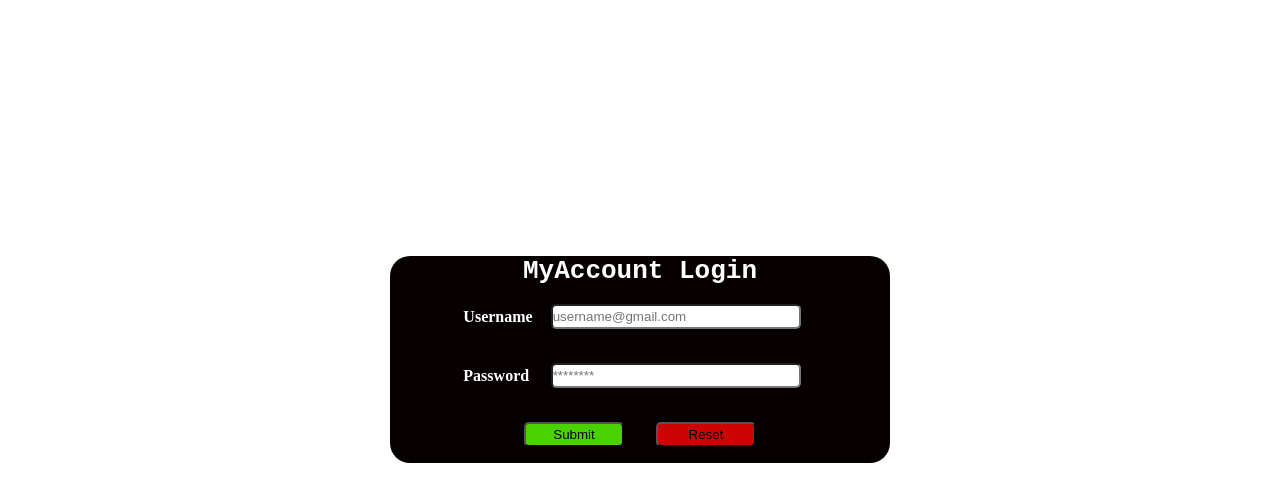
Repository: Nanda-Hari-Reddy/YouTube-Clone
Page: MDB-Free_4.20.0/SERVELETS/Demo/src/main/webapp/Login.html
These files come from the project's save history. The page is drawn as it stood at one moment and after the next save; the edit follows.
The browser window is 1280 px wide. The pictures show the whole page.

Above is the page before, as saved 2023-11-01 19:56:40.

After the next save:
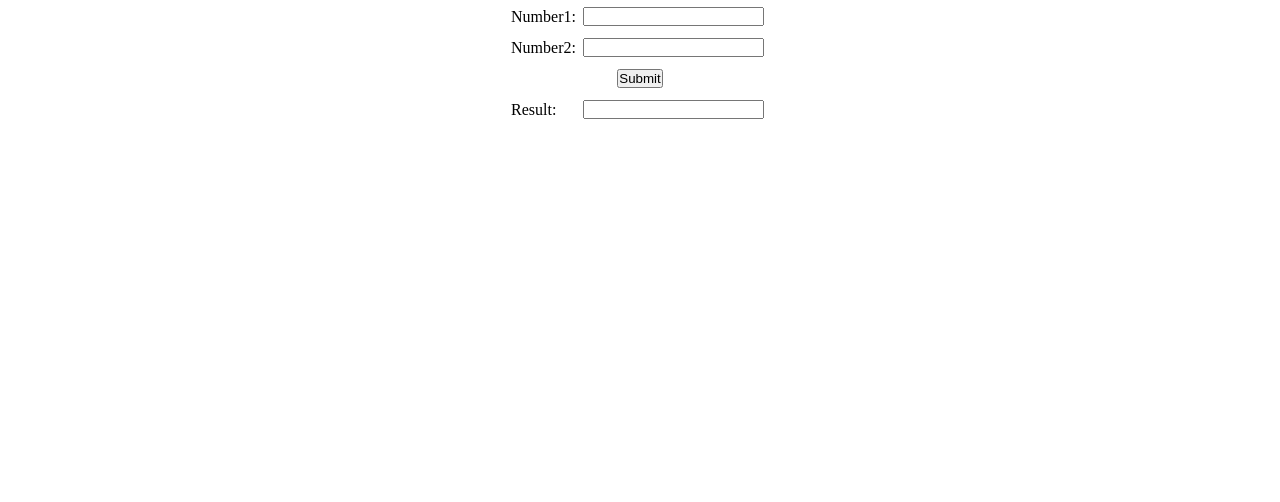
Saved 15 s later.
--- a/MDB-Free_4.20.0/SERVELETS/Demo/src/main/webapp/Login.html
+++ b/MDB-Free_4.20.0/SERVELETS/Demo/src/main/webapp/Login.html
@@ -1,83 +1,46 @@
-<!DOCTYPE html>
 <html>
 <head>
-<meta charset="ISO-8859-1">
-<title>MyAccount</title>
-    <style>
-       *
+	<style>
+		*
+		{
+			margin: 0px;
+			box-sizing: border-box;
+			padding: 0px;
+		}
+		table
+		{
+			margin-inline:auto;
+		}
+		input
         {
-            box-sizing: border-box;
-            margin: 0px;
-            padding: 0px;
-            color: white;
+            margin: 5px;
+			padding:1 rem;
         }
-        .title
+        h1
         {
-            text-align: center;
-            font-family: monospace;
+        color: green;
         }
-        .container
-        {
-            display: flex;
-            flex-direction: column;
-            justify-content: center;
-            align-items: center;
-            margin-top: 20%;
-            margin-inline: auto;
-            background-color: rgb(7, 0, 0);
-            height: auto;
-            width: 500px;
-            border-radius: 20px;
-        }
-        input
-        {
-            margin: 1rem;
-            border-radius: 5px;
-            color: black;
-            height: 25px;
-            width: 250px;
-        }
-        .submit
-        {
-            display: flex;
-            justify-content: center;
-            align-items: center;
-        }
-        #submit
-        {
-            height: 25px;
-            width: 100px;
-            background-color: rgb(74, 210, 0);
-        }
-        #reset
-        {
-            height: 25px;
-            width: 100px;
-            background-color: rgb(207, 3, 3);
-        }
-    </style>
+	</style>
+<body>
+	<form action="add">
+		<table>
+		<tr>
+			<td>Number1:</td>
+			<td><input type="text" name="one"></td>
+		</tr>
+		<tr>
+			<td>Number2:</td>
+			<td><input type="text" name="two"></td>
+		</tr>
+		<tr>
+			<td colspan="2" style="text-align: center"><input type="submit"></td>
+		</tr>
+		<tr>
+			<td>Result:</td>
+			<td><input type="text" name="result"></td>
+		</tr>
+		</table>
+	</form>
+</body>
 </head>
-<body>
-	<div class="container">
-        <form action="login">
-        <div class="title"><h1>MyAccount Login</h1></div>
-        <div>
-            <table>
-                <tr>
-                    <td><h4>Username</h4></td>
-                    <td><input type="email" placeholder="username@gmail.com" required></td>
-                </tr>
-                <tr>
-                    <td><h4>Password</h4></td>
-                    <td><input type="password" placeholder="********" required pattern="[A-Z a-z 0-9]{8,}"></td>
-                </tr>
-            </table>
-        </div>
-        <div class="submit">
-            <input type="submit" name="submit" id="submit">
-            <input type="reset" name="reset" id="reset">
-        </div>
-        </form>
-    </div>
-</body>
 </html>
